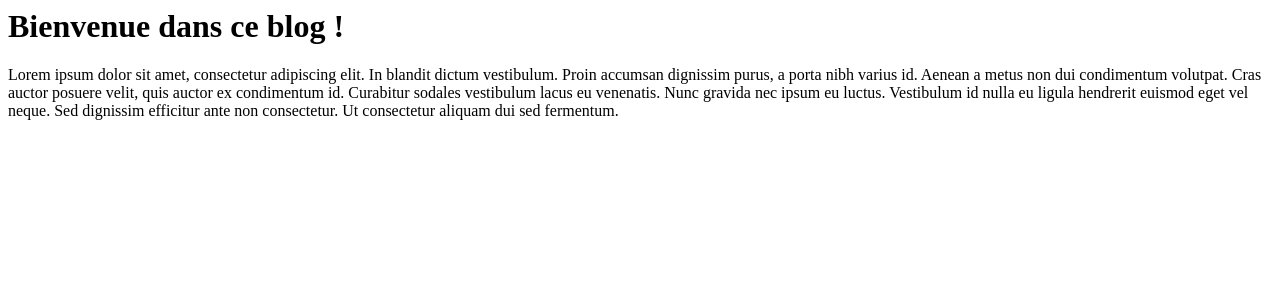
Repository: hajer-softodo/blog
Page: templates/blog/home.html.twig
The author's editor kept a copy of each file at every save. The page is drawn from the files as they stood at one save, then again after a run of saves.
The browser window is 1280 px wide. The pictures show the whole page.
The page is a Twig template of a Symfony application; nobody is signed in and links lead nowhere. The template is opened directly, without the code that normally fills it, so the values that code supplies are empty.

Above is the page before, as saved 2023-11-03 12:17:11.

After the next 3 saves:
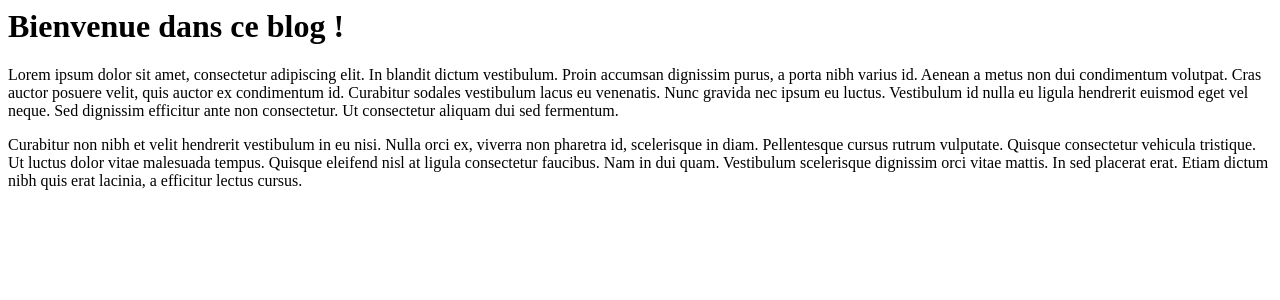
The 3 saves are shown as one change because they came seconds apart.
The last was saved 4 min 3 s later.
--- a/templates/blog/home.html.twig
+++ b/templates/blog/home.html.twig
@@ -4,3 +4,8 @@
 Aenean a metus non dui condimentum volutpat. Cras auctor posuere velit, quis auctor ex condimentum id. Curabitur sodales vestibulum lacus eu venenatis.
 Nunc gravida nec ipsum eu luctus. Vestibulum id nulla eu ligula hendrerit euismod eget vel neque. Sed dignissim efficitur ante non consectetur.
 Ut consectetur aliquam dui sed fermentum.</p>
+
+
+Curabitur non nibh et velit hendrerit vestibulum in eu nisi. Nulla orci ex, viverra non pharetra id, scelerisque in diam. Pellentesque cursus rutrum vulputate.
+Quisque consectetur vehicula tristique. Ut luctus dolor vitae malesuada tempus. Quisque eleifend nisl at ligula consectetur faucibus. Nam in dui quam.
+Vestibulum scelerisque dignissim orci vitae mattis. In sed placerat erat. Etiam dictum nibh quis erat lacinia, a efficitur lectus cursus.
